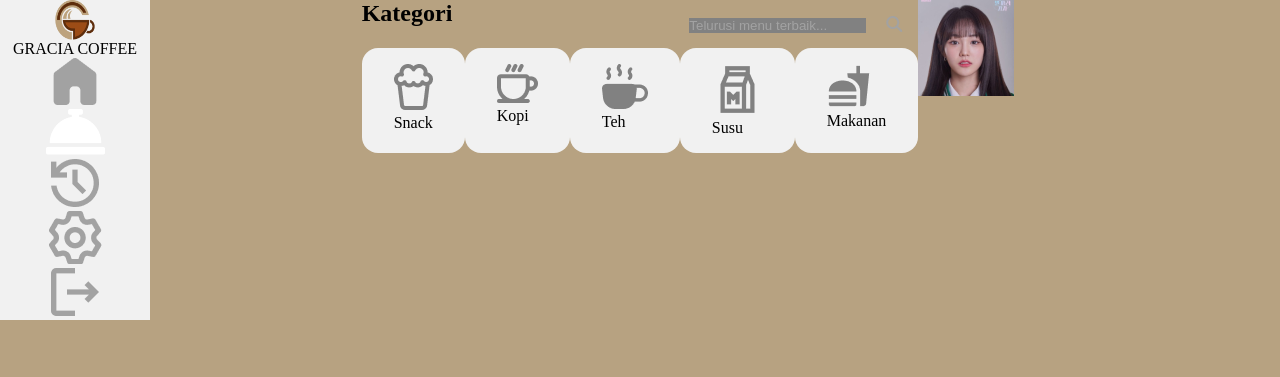
Repository: DanielChuaaa/sbd2
Page: index.html
These files come from the project's save history. The page is drawn as it stood at one moment and after the next save; the edit follows.
The browser window is 1280 px wide. The pictures show the whole page.
Some web libraries are served in a nearby version.

Above is the page before, as saved 2023-10-20 10:40:57.

### index.html
<!DOCTYPE html>
<html lang="en">
<head>
    <meta charset="UTF-8">
    <meta name="viewport" content="width=device-width, initial-scale=1.0">
    <title>Document</title>
    <link href="https://fonts.googleapis.com/css2?family=Roboto+Mono:wght@400;600;700&display=swap" rel="stylesheet" />
    <link
      rel="stylesheet"
      href="https://cdnjs.cloudflare.com/ajax/libs/font-awesome/6.1.2/css/all.min.css"
      integrity="sha512-1sCRPdkRXhBV2PBLUdRb4tMg1w2YPf37qatUFeS7zlBy7jJI8Lf4VHwWfZZfpXtYSLy85pkm9GaYVYMfw5BC1A=="
      crossorigin="anonymous"
      referrerpolicy="no-referrer"
    />
    <link rel="stylesheet" href="style.css">
</head>
<body>
    <div class="container">
        <div class="grid-wrapper">
            <div class="icon">
                <img src="/assets/logo projek SBD 1.png" width="40px" height="40px" alt="logo">
                <p>GRACIA COFFEE</p>
                <a href="#"><img src="./assets/home.png" alt="home"></a>
                <a href="#"><img src="./assets/menu.png" alt="menu"></a>
                <a href="#"><img src="./assets/history.png" alt="history"></a>
                <a href="#"><img src="./assets/setting.png" alt="setting"></a>

                <a href="#"><img src="./assets/logout.png" alt="logout"></a>
            </div>

            <div class="content">
                <div class="nav">
                    <h2>Kategori</h2>
                    <div class="inputWrapper">
                        <input type="text" name="text" id="text" class="input" placeholder="Telurusi menu terbaik...">
                        <i class="fa-solid fa-magnifying-glass"></i>
                    </div>
                </div>

                <div class="menu">
                    <div class="iconMenu"><a href="#"><img src="./assets/popcorn.png" alt="popcorn"></a>
                        <p>Snack</p>
                    </div>
                    <div class="iconMenu"><a href="#"><img src="./assets/kopi.png" alt="kopi"></a>
                        <p>Kopi</p>
                    </div>
                    <div class="iconMenu"><a href="#"><img src="./assets/teh.png" alt="teh"></a>
                        <p>Teh</p>
                    </div>
                    <div class="iconMenu"><a href="#"><img src="./assets/susu.png" alt="susu"></a>
                        <p>Susu</p>
                    </div>
                    <div class="iconMenu"><a href="#"><img src="./assets/makanan.png" alt="makanan"></a>
                        <p>Makanan</p>
                    </div>
                </div>
            </div>

            <div class="order">
                <img src="/assets/g_8___8_idola_cantik_berbakat_alumni_sm_entertainment_yang_sudah_debut_di_girlgroup_agensi_lain_p_eks_sm_trainee-20220408-001-non_fotografer_kly 1.png" alt="">
            </div>
        </div>
    </div>
</body>
</html>

### style.css
:root{
    --clr-primary-100: #B7A281;

    --clr-neutral-100: #818181;
    --clr-neutral-200: #A2A2A2;
    --clr-neutral-300: #D9D9D9;
    --clr-neutral-400: #F8F8F8;
    --clr-neutral-500:  #f1f1f1;

    --ff: "Roboto Mono", monospace;

    --fw-regular: 400;
    --fw-semi-bold: 600;
    --fw-bold: 700;
}

*{
    box-sizing: border-box;
    margin: 0;
    padding: 0;
}

body{
    background-color: #B7A281;
}

.grid-wrapper{
    display: grid;
    grid-template-columns: 1fr 1fr 1fr;
}

.icon{
    background: var(--clr-neutral-500);

    display: flex;
    flex-direction: column;
    justify-content: space-evenly;
    align-items: center;
    max-width: 150px;
}

.fa-solid{
    color: var(--clr-neutral-200);
    padding: 1rem;
}


/* content */

.nav{
    display: flex;
    justify-content: space-between;
}

.input{
    background: var(--clr-neutral-100);

    border: none;

}

::placeholder{
    color: var(--clr-neutral-200);
}

.menu{
    display: flex;

}

.iconMenu{
    background: var(--clr-neutral-500);

    padding: 1rem 2rem;
    border-radius: 1rem;
}

After the next save:
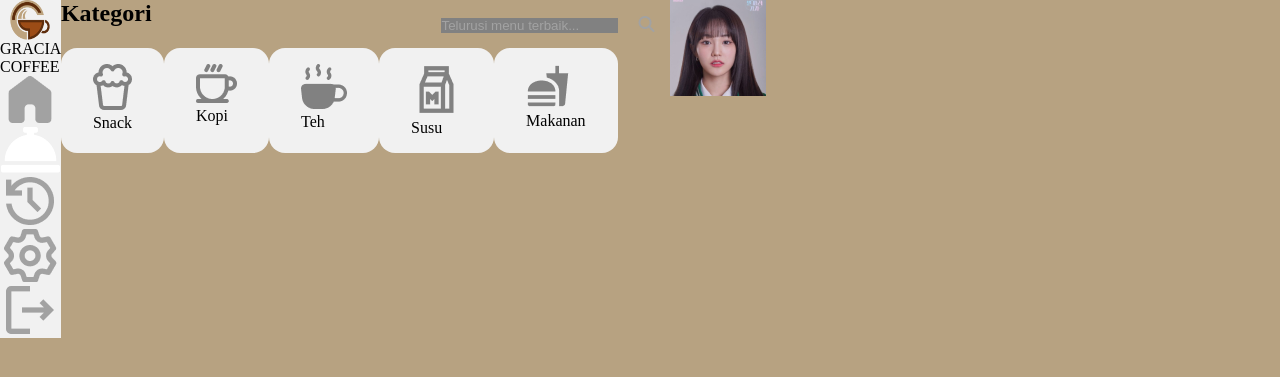
Saved 21 s later.
--- a/style.css
+++ b/style.css
@@ -26,7 +26,7 @@ body{
 
 .grid-wrapper{
     display: grid;
-    grid-template-columns: 1fr 1fr 1fr;
+    grid-template-columns: 0.1fr 1fr 1fr;
 }
 
 .icon{
